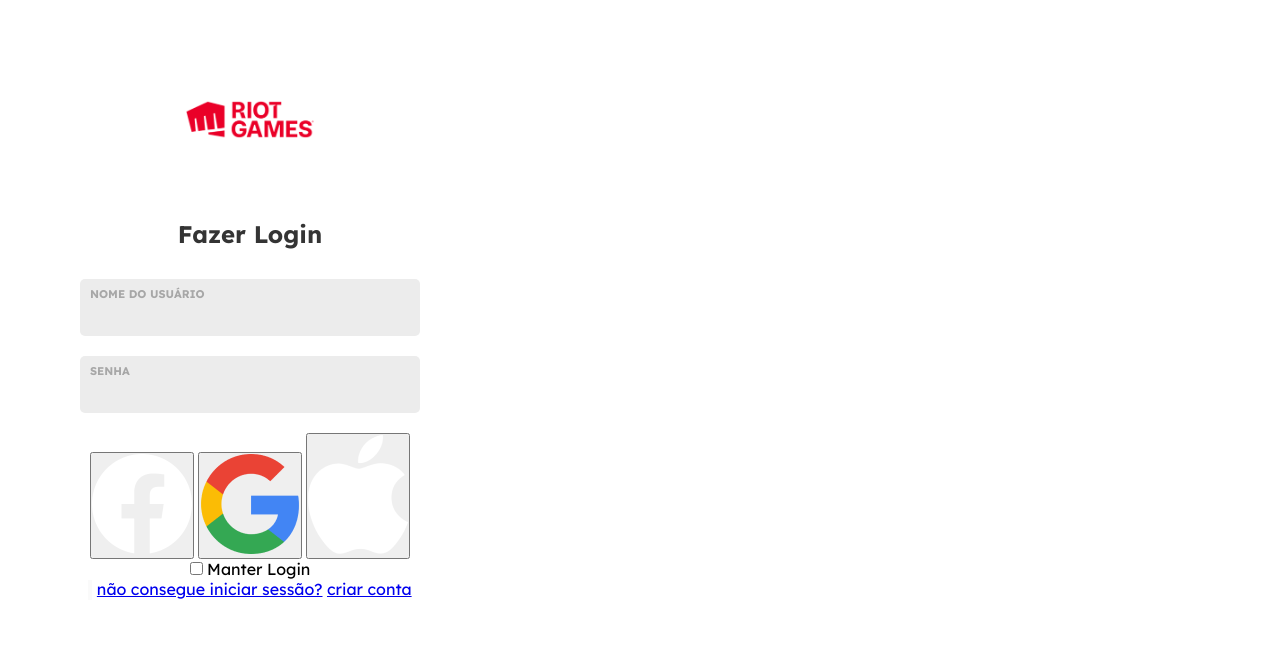
Repository: guilhermecardoso93/lolpage
Page: index.html
The author's editor kept a copy of each file at every save. The page is drawn from the files as they stood at one save, then again after the next save.
The browser window is 1280 px wide. The pictures show the whole page.

Above is the page before, as saved 2022-06-11 21:20:35.

### index.html
<!DOCTYPE html>
<html lang="pt-BR">
  <head>
    <meta charset="UTF-8" />
    <meta http-equiv="X-UA-Compatible" content="IE=edge" />
    <link rel="shortcut icon" href="favicon.ico" type="image/x-icon" />
    <meta name="viewport" content="width=device-width, initial-scale=1.0" />
    <link rel="stylesheet" href="./style.css" />
    <title>League of Legends - Login</title>
  </head>
  <body>
    <main>
      <section class="login">
        <img src="./assets/logo.png" alt="Logo Riot Games" class="login_logo" />
        <h1 class="login_title">Fazer Login</h1>
        <label for="" class="login_label">
          <span class="span-active">nome do usuário</span>
          <input type="text" name="username" class="input" />
        </label>
        <label for="" class="login_label">
          <span  class="span-active">senha</span>
          <input type="password" name="password" class="input" />
        </label>
        <div class="login_icons">
          <button type="button" class="icons_button">
            <img src="./assets/facebook-icon.png" alt="facebook" />
          </button>
          <button type="button" class="icons_button">
            <img src="./assets/google-icon.png" alt="google" />
          </button>
          <button type="button" class="icons_button">
            <img src="./assets/apple-icon.png" alt="apple" />
          </button>
        </div>
        <label for="" class="login-label--checkbox">
          <input type="checkbox" class="input--checkout" />
          Manter Login
        </label>
        <div class="wrapper">
          <button type="button" class="login__button" disabled>
            <svg xmlns="http://www.w3.org/2000/svg" viewBox="0 0 448 512">
              <path
                d="M438.6 278.6l-160 160C272.4 444.9 264.2 448 256 448s-16.38-3.125-22.62-9.375c-12.5-12.5-12.5-32.75 0-45.25L338.8 288H32C14.33 288 .0016 273.7 .0016 256S14.33 224 32 224h306.8l-105.4-105.4c-12.5-12.5-12.5-32.75 0-45.25s32.75-12.5 45.25 0l160 160C451.1 245.9 451.1 266.1 438.6 278.6z"
              />
            </svg>
          </button>

          <a href="#" class="login__link">não consegue iniciar sessão?</a>
          <a href="#" class="login__link">criar conta</a>
        </div>
      </section>
      <section class="wallpaper"></section>
    </main>
  </body>
  <script src="./script.js"></script>
</html>

### style.css
@import url("https://fonts.googleapis.com/css2?family=Lexend+Deca:wght@300;400;500;600;700&display=swap");

* {
  margin: 0;
  padding: 0;
  box-sizing: border-box;
  font-family: "Lexend Deca", sans-serif;
}

:root {
  --white: #fff;
  --whitesmoke: #f9f9f9;
  --light-grey: #ececec;
  --grey: #c4c4c4;
  --medium-grey: #a7a7a7;
  --deep-grey: #343434;
  --black: #000000;
  --blue: #1b77f3;
  --red: #cf3c3f;
}

.login {
  display: flex;
  flex-direction: column;
  align-items: center;
  padding: clamp(35px, 8%, 80px);
  width: 100%;
  max-width: 500px;
  min-height: 100vh;
}

.login_logo {
  width: 130px;
  margin-bottom: 80px;
  margin-top: 20px;
}

.login_title {
  color: var(--deep-grey);
  font-size: 1.5rem;
  margin-bottom: 30px;
}

.login_label {
  display: block;
  margin-bottom: 20px;
  width: 100%;
}

.input {
  width: 100%;
  background-color: var(--light-grey);
  border: 2px solid rgba(0, 0, 0, 0);
  border-radius: 5px;
  outline: none;
  font-size: 0.9rem;
  padding: 25px 10px 10px;
  font-weight: 600;
  color: var(--deep-grey);
}

.login_label span {
  position: absolute;
  font-size: 0.8rem;
  font-weight: 700;
  text-transform: uppercase;
  color: var(--medium-grey);
  margin: 20px;
  cursor: text;
  transition: all 200 ease;
}

.input:focus {
  background-color: var(--whitesmoke);
  border: 2px solid var(--deep-grey);
}

.login_label .span-active {
  font-size: 0.7rem;
  margin: 8px 10px;
}

### script.js
const inputActive = document.querySelectorAll(".input");

const handleFocus = ({ target }) => {
  const span = target.previousElementSibling;
  span.classList.add("span-active");
};

const handleFocusout = ({ target }) => {
  if (target.value == "") {
    const span = target.previousElementSibling;
    span.classList.remove("span-active");
  }
};

inputActive.forEach((input) => input.addEventListener("focus", handleFocus));
inputActive.forEach((input) =>
  input.addEventListener("focusout", handleFocusout)
);

After the next save:
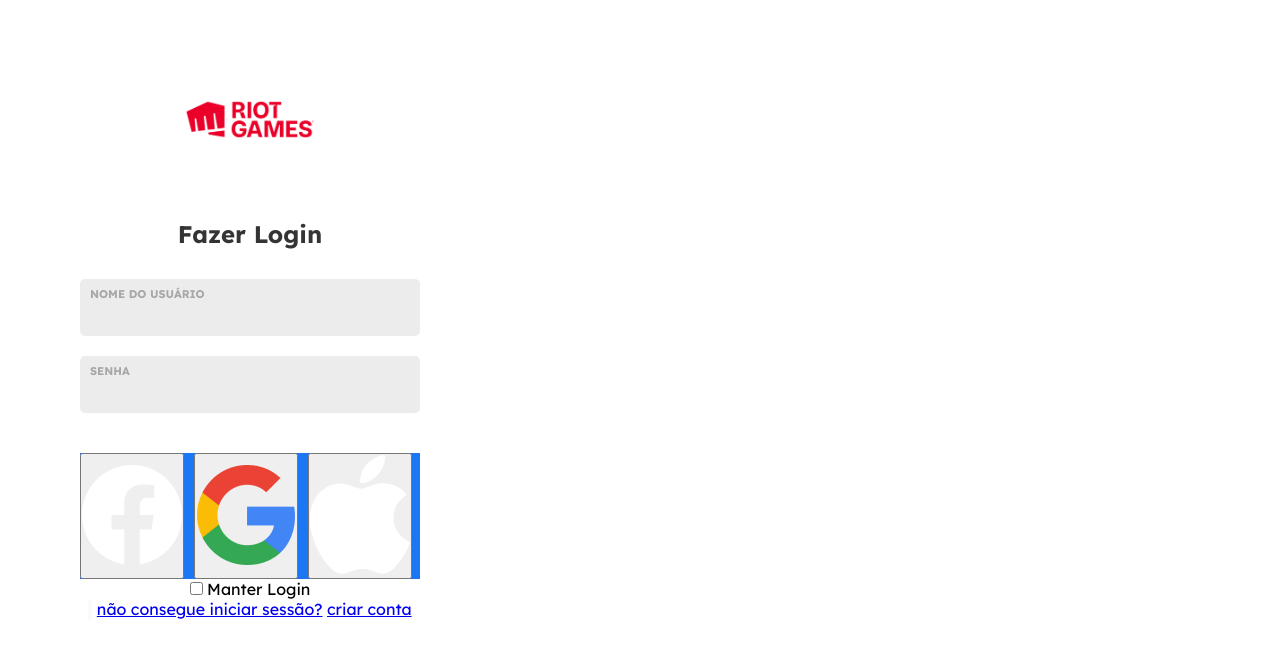
Saved 74 s later.
--- a/style.css
+++ b/style.css
@@ -79,3 +79,11 @@
   font-size: 0.7rem;
   margin: 8px 10px;
 }
+
+.login_icons{
+  display: flex;
+  gap:10px;
+  width: 100%;
+  margin-top: 20px;
+  background-color: var(--blue);
+}
